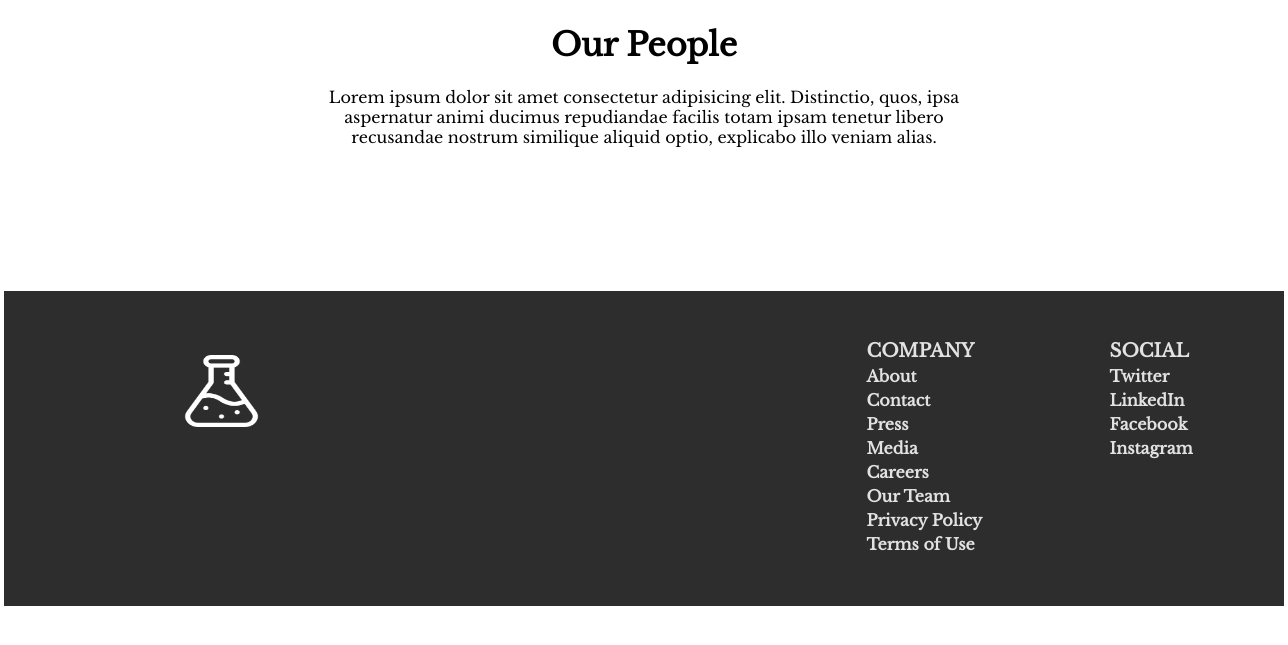
Repository: Tsardines/app
Page: / (app in my-app/)
An editor plug-in stored every save of this project. The page is shown before and after the next save, followed by the edit.
The browser window is 1280 px wide. The page is 1288 px wide, so the pictures cover 1288 px, including what lies to the right of the window. The pictures show the whole page.
The page's requests for data from a server got no answer. The project was rebuilt for these pictures with package versions that can differ from the ones it lists, and the page was loaded fresh each time. No one was signed in, and anything a server would have sent is missing.

Above is the page before, as saved 2018-11-14 20:19:23.

### my-app/public/index.html
<!DOCTYPE html>
<html lang="en">
  <head>
    <meta charset="utf-8">
    <meta name="viewport" content="width=device-width, initial-scale=1, shrink-to-fit=no">
    <meta name="theme-color" content="#000000">
    <!--
      manifest.json provides metadata used when your web app is added to the
      homescreen on Android. See https://developers.google.com/web/fundamentals/web-app-manifest/
    -->
    <link rel="manifest" href="%PUBLIC_URL%/manifest.json">
    <link href="https://fonts.googleapis.com/css?family=Libre+Baskerville" rel="stylesheet">
    <!--
      Notice the use of %PUBLIC_URL% in the tags above.
      It will be replaced with the URL of the `public` folder during the build.
      Only files inside the `public` folder can be referenced from the HTML.

      Unlike "/favicon.ico" or "favicon.ico", "%PUBLIC_URL%/favicon.ico" will
      work correctly both with client-side routing and a non-root public URL.
      Learn how to configure a non-root public URL by running `npm run build`.
    -->
    <title>React App</title>
  </head>
  <body>
    <noscript>
      You need to enable JavaScript to run this app.
    </noscript>
    <div id="root"></div>
    <!--
      This HTML file is a template.
      If you open it directly in the browser, you will see an empty page.

      You can add webfonts, meta tags, or analytics to this file.
      The build step will place the bundled scripts into the <body> tag.

      To begin the development, run `npm start` or `yarn start`.
      To create a production bundle, use `npm run build` or `yarn build`.
    -->
  </body>
</html>

### my-app/src/index.css
body {
  margin: 0;
  padding: 0;
  font-family: 'Libre Baskerville', serif;
  -webkit-font-smoothing: antialiased;
  -moz-osx-font-smoothing: grayscale;
}

code {
  font-family: source-code-pro, Menlo, Monaco, Consolas, "Courier New",
    monospace;
}

### my-app/src/App.js
import React, { Component } from 'react';

import Footer from './components/Footer.js';
import './App.css';

class App extends Component {
  constructor(props) {
    super(props);

    this.state = {
      items: []
    };
    this.componentWillMount = this.componentWillMount.bind(this);
  }

  componentWillMount() {
    fetch('https://api.myjson.com/bins/vz2rm')
    .then(res => res.json())
    .then(data => {
      this.setState({ items: data });
    });
  }


  render() {

    const { items } = this.state;

    return (
      <div className="App">

      <span className="our-people"><h1>Our People</h1></span>
      <span className="intro"><p>Lorem ipsum dolor sit amet consectetur adipisicing elit. Distinctio, quos, ipsa aspernatur animi ducimus repudiandae facilis totam ipsam tenetur libero recusandae nostrum similique aliquid optio, explicabo illo veniam alias.</p></span>

          { items.map((item, num) => {
              return (

                <div className="people">

                  <div className="elem">
                    <p key={num}>{item.elems}</p>
                  </div>

                    <p key={num}><strong>{item.name}</strong></p>
                    <p key={num}><small>{item.title}</small></p>

                  <div className="hidden">
                    <p key={num}>{item.email}</p>
                    <p key={num}><strong>Office: </strong>{item.office}</p>
                  </div>

                </div>

              );

            })}

            <Footer />

      </div>
    );
  }
}


export default App;

### my-app/src/components/Footer.js
import React from 'react';
import './Footer.css';
import beaker from './beaker.png';

const Footer = () => {
  return (

    <div className="footer">

    <img src={beaker} alt="beaker" className="beaker"></img>

        <div className="left">
            <ul>
                <span className="footer-title"><li><strong>Company</strong></li></span>
                <a href="#"><li>About</li></a>
                <a href="#"><li>Contact</li></a>
                <a href="#"><li>Press</li></a>
                <a href="#"><li>Media</li></a>
                <a href="#"><li>Careers</li></a>
                <a href="#"><li>Our Team</li></a>
                <a href="#"><li>Privacy Policy</li></a>
                <a href="#"><li>Terms of Use</li></a>
            </ul>
        </div>

        <div className="right">
            <ul>
                <span className="footer-title"><li><strong>Social</strong></li></span>
                <a href="#"><li>Twitter</li></a>
                <a href="#"><li>LinkedIn</li></a>
                <a href="#"><li>Facebook</li></a>
                <a href="#"><li>Instagram</li></a>
            </ul>
        </div>

    </div>
  );
}

export default Footer;

### my-app/src/App.css
.App {
  display: flex;
  flex-direction: column;
  flex-flow: row nowrap;
  flex-wrap: wrap;
  max-width: 100%;
  overflow-x: hidden;
  padding: 0.25em;
  text-align: center;
  width: 100%;
}

.our-people {
  text-align: center;
  width: 100%;
}

.intro p {
  margin: auto;
  padding-bottom: 5em;
  width: 50%;
}

.people {
  background-color: #f8f8f8;
  border: 1px solid rgb(252, 244, 234);
  height: 22.5vh;
  margin: 0.5em;
  /* max-height: 22vh;
  max-width: 13vw; */
  /* min-height: 22vh;
  min-width: 13vw; */
  padding: 1.5em;
  text-align: left;
  width: 12vw;
}

.elem {
  font-size: 3.45em;
  margin-bottom: -1em;
  margin-top: -1em;
}

.elem:hover {
  color: #87f0f9;
  transition: 0.2s;
}

.hidden {
  font-size: 0.75em;
  opacity: 0.15;
}

.hidden:hover {
  opacity: 1;
  transition: 0.4s;
}

### my-app/src/components/Footer.css
.footer {
    background-color: #2d2d2e;
    color: rgb(226, 226, 226);
    display: flex;
    font-weight: bold;
    justify-content: flex-end;
    margin-top: 4em;
    overflow-x: hidden;
    padding: 2em;
    text-align: left;
    width: 100%;
}

.footer a {
    color: rgb(226, 226, 226);
    text-decoration: none;
}

.footer a:hover {
    color: turquoise;
}

.left ul li, .right ul li {
    font-size: 1em;
    list-style-type: none;
    padding-bottom: 0.25em;
}

.left {
    float: left;
    width: 20%;
}

.right {
    float: right;
    width: 15%;
}

.footer-title {
    font-size: 1.15em;
    text-transform: uppercase;
}

.beaker {
    height: 10vh;
    margin: 2em 35em 0 0;
    width: 7vw;
}

Loaded but not shown: my-app/src/index.js (common file); my-app/src/serviceWorker.js (common file)

After the next save:
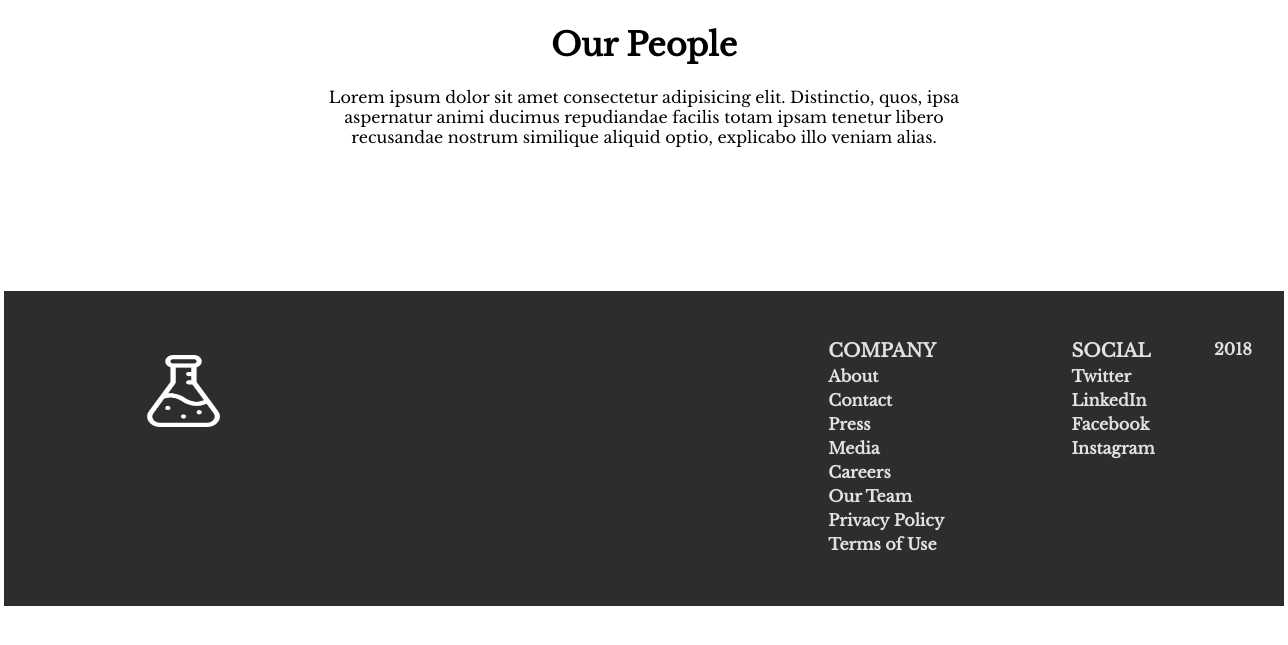
Saved 35 s later.
--- a/my-app/src/components/Footer.js
+++ b/my-app/src/components/Footer.js
@@ -33,6 +33,8 @@ const Footer = () => {
             </ul>
         </div>
 
+        <p>2018</p>
+
     </div>
   );
 }
